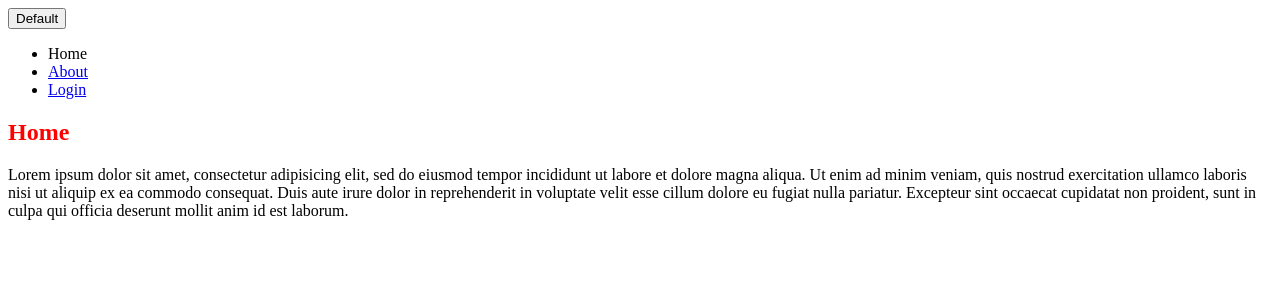
Repository: rileymeye1/ZTM
Page: project_files/index.html
The author's editor kept a copy of each file at every save. The page is drawn from the files as they stood at one save, then again after the next save.
The browser window is 1280 px wide. The pictures show the whole page.

Above is the page before, as saved 2024-08-19 16:17:31.

### project_files/index.html

<!DOCTYPE html>
<html>
<head>
  <title>My first website!</title>
  <link rel="stylesheet" type="text/css" href="style.css">
</head>
<body>
  <button class="btn btn-primary">Default</button>
  <header>
    <nav>
      <ul>
        <li>Home</li>
        <li><a href="about.html">About</a></li>
        <li><a href="login.html">Login</a></li>
      </ul>
    </nav>
  </header>
  <section>
    <h2>Home</h2>
    <p>Lorem ipsum dolor sit amet, consectetur adipisicing elit, sed do eiusmod
    tempor incididunt ut labore et dolore magna aliqua. Ut enim ad minim veniam,
    quis nostrud exercitation ullamco laboris nisi ut aliquip ex ea commodo
    consequat. Duis aute irure dolor in reprehenderit in voluptate velit esse
    cillum dolore eu fugiat nulla pariatur. Excepteur sint occaecat cupidatat non
    proident, sunt in culpa qui officia deserunt mollit anim id est laborum.</p>
  </section>
</body>
</html>

### project_files/style.css
/* Selector {
  Property: value;
} */

h2 {
  color: red;
}

After the next save:
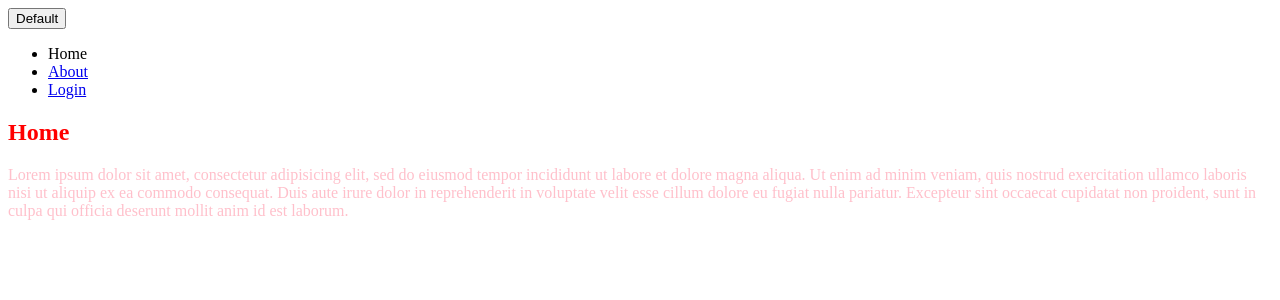
Saved 40 s later.
--- a/project_files/style.css
+++ b/project_files/style.css
@@ -5,3 +5,7 @@
 h2 {
   color: red;
 }
+
+p {
+  color: pink;
+}
